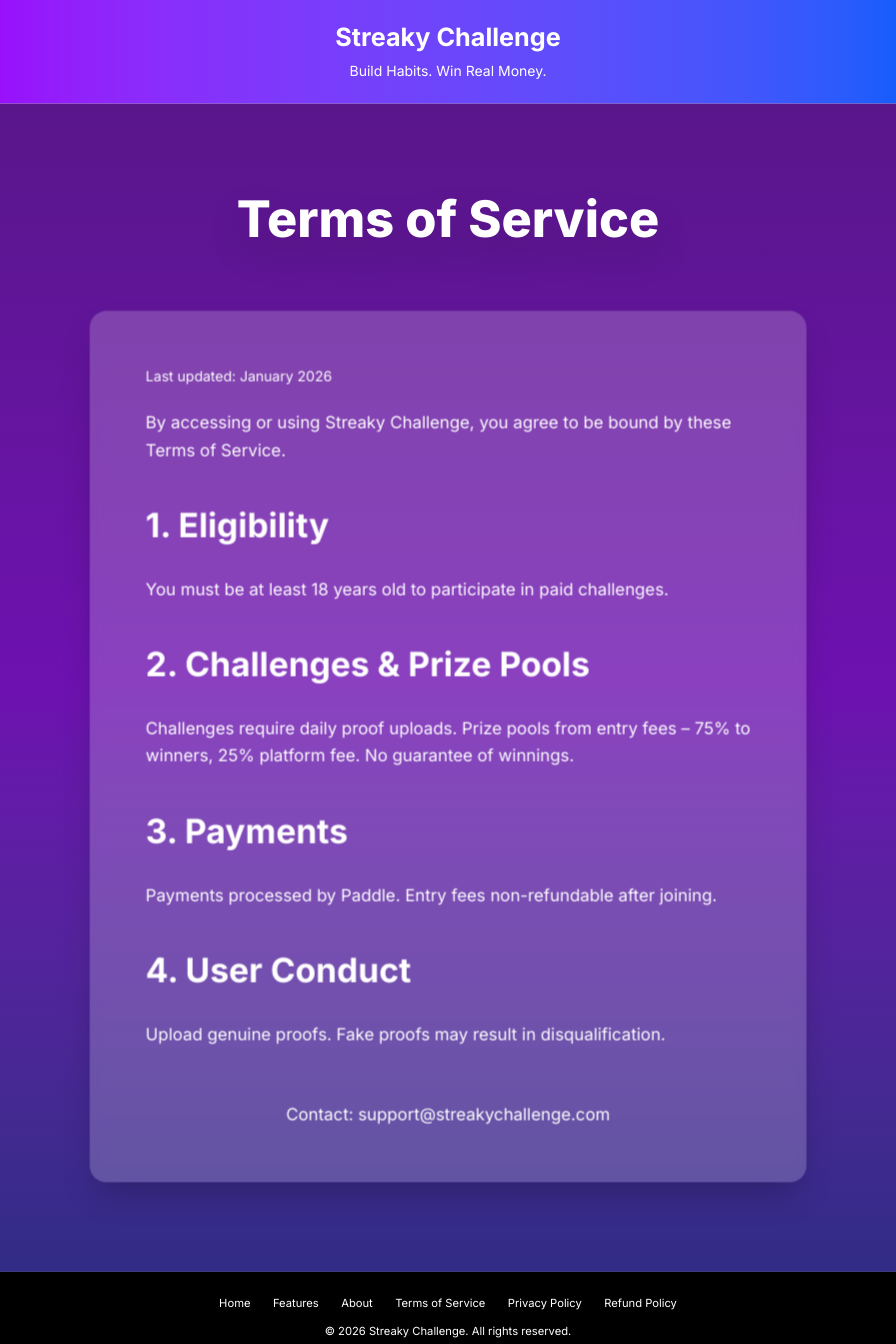
Repository: ZUBEYT/streaky-site
Page: /terms
These files come from the project's save history. The page is drawn as it stood at one moment and after the next save; the edit follows.
The browser window is 1280 px wide. The pictures show the part of the page from y = 0 to 1920 px (the page is 1977 px tall before and 3192 px after), at 70% of full size.
The project was rebuilt for these pictures with package versions that can differ from the ones it lists, and the page was loaded fresh each time. The framework's server and built-in components were replaced by stand-ins that run in the browser. Also part of the build but not shown: next.config.ts.

Above is the page before, as saved 2026-01-21 22:49:33.

After the next save:
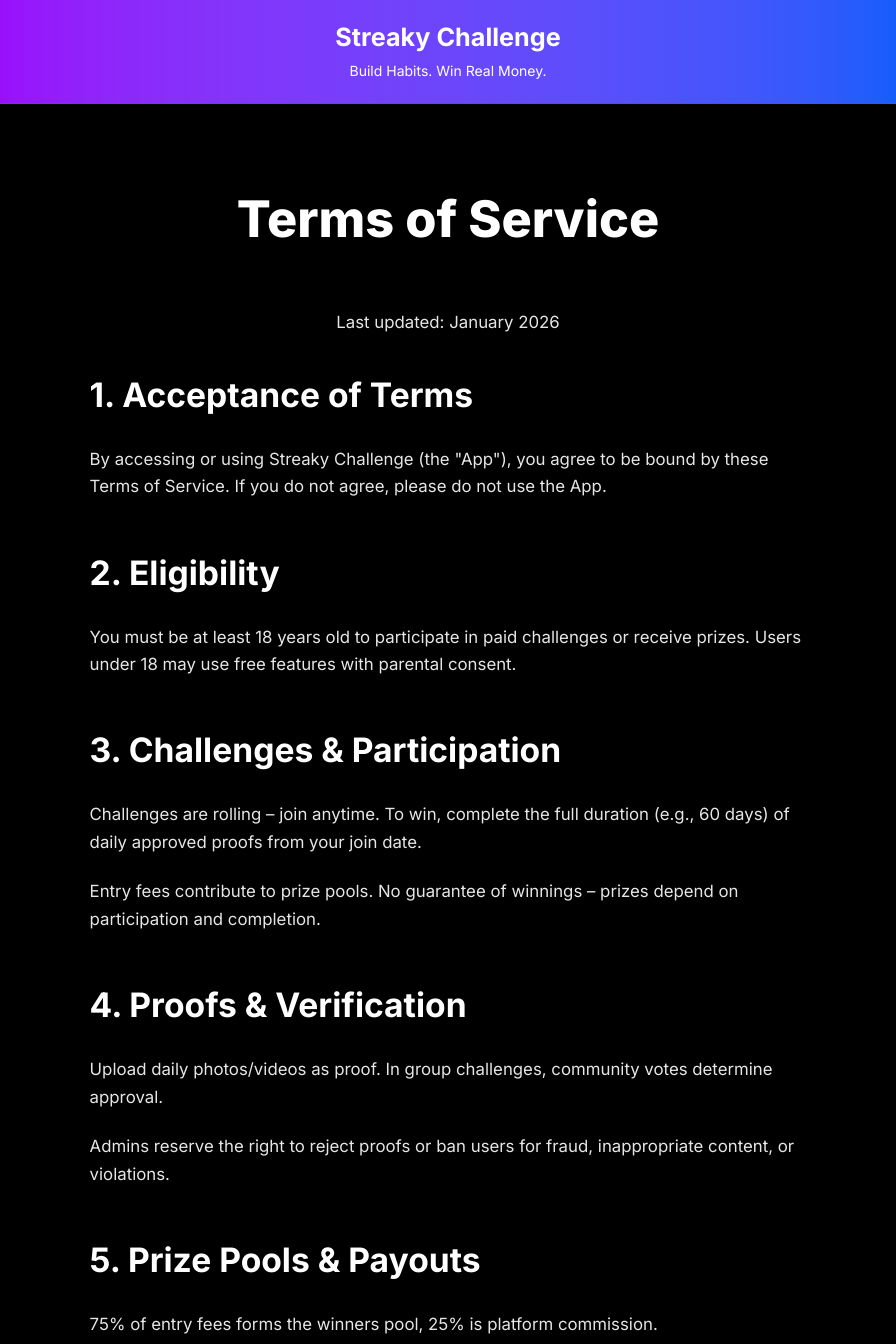
Saved 21 min 17 s later.
--- a/src/app/terms/page.tsx
+++ b/src/app/terms/page.tsx
@@ -1,37 +1,79 @@
+// src/app/terms/page.tsx (Terms of Service – Duolingo Benzeri Detaylı, Dark Mode)
 export default function Terms() {
     return (
-        <div className="min-h-screen bg-gradient-to-b from-purple-900 via-purple-800 to-indigo-900 text-white py-32 px-8">
+        <div className="min-h-screen bg-black text-white py-32 px-8">
             <div className="max-w-5xl mx-auto">
                 <h1 className="text-7xl font-extrabold text-center mb-24 drop-shadow-2xl">Terms of Service</h1>
+                <p className="text-2xl text-center mb-16 opacity-90">Last updated: January 2026</p>
 
-                <div className="bg-white/20 p-20 rounded-3xl backdrop-blur shadow-2xl">
-                    <p className="text-xl mb-8">Last updated: January 2026</p>
-                    <p className="text-2xl leading-relaxed mb-16">
-                        By accessing or using Streaky Challenge, you agree to be bound by these Terms of Service.
-                    </p>
+                <div className="space-y-20">
+                    <section>
+                        <h2 className="text-5xl font-bold mb-12">1. Acceptance of Terms</h2>
+                        <p className="text-2xl leading-relaxed opacity-90">
+                            By accessing or using Streaky Challenge (the "App"), you agree to be bound by these Terms of Service. If you do not agree, please do not use the App.
+                        </p>
+                    </section>
 
-                    <h2 className="text-5xl font-bold mb-12">1. Eligibility</h2>
-                    <p className="text-2xl leading-relaxed mb-16">
-                        You must be at least 18 years old to participate in paid challenges.
-                    </p>
+                    <section>
+                        <h2 className="text-5xl font-bold mb-12">2. Eligibility</h2>
+                        <p className="text-2xl leading-relaxed opacity-90">
+                            You must be at least 18 years old to participate in paid challenges or receive prizes. Users under 18 may use free features with parental consent.
+                        </p>
+                    </section>
 
-                    <h2 className="text-5xl font-bold mb-12">2. Challenges & Prize Pools</h2>
-                    <p className="text-2xl leading-relaxed mb-16">
-                        Challenges require daily proof uploads. Prize pools from entry fees – 75% to winners, 25% platform fee. No guarantee of winnings.
-                    </p>
+                    <section>
+                        <h2 className="text-5xl font-bold mb-12">3. Challenges & Participation</h2>
+                        <p className="text-2xl leading-relaxed opacity-90 mb-8">
+                            Challenges are rolling – join anytime. To win, complete the full duration (e.g., 60 days) of daily approved proofs from your join date.
+                        </p>
+                        <p className="text-2xl leading-relaxed opacity-90">
+                            Entry fees contribute to prize pools. No guarantee of winnings – prizes depend on participation and completion.
+                        </p>
+                    </section>
 
-                    <h2 className="text-5xl font-bold mb-12">3. Payments</h2>
-                    <p className="text-2xl leading-relaxed mb-16">
-                        Payments processed by Paddle. Entry fees non-refundable after joining.
-                    </p>
+                    <section>
+                        <h2 className="text-5xl font-bold mb-12">4. Proofs & Verification</h2>
+                        <p className="text-2xl leading-relaxed opacity-90 mb-8">
+                            Upload daily photos/videos as proof. In group challenges, community votes determine approval.
+                        </p>
+                        <p className="text-2xl leading-relaxed opacity-90">
+                            Admins reserve the right to reject proofs or ban users for fraud, inappropriate content, or violations.
+                        </p>
+                    </section>
 
-                    <h2 className="text-5xl font-bold mb-12">4. User Conduct</h2>
-                    <p className="text-2xl leading-relaxed mb-16">
-                        Upload genuine proofs. Fake proofs may result in disqualification.
-                    </p>
+                    <section>
+                        <h2 className="text-5xl font-bold mb-12">5. Prize Pools & Payouts</h2>
+                        <p className="text-2xl leading-relaxed opacity-90 mb-8">
+                            75% of entry fees forms the winners pool, 25% is platform commission.
+                        </p>
+                        <p className="text-2xl leading-relaxed opacity-90">
+                            Prizes distributed to streak completers. Payouts processed securely via our payment partner.
+                        </p>
+                    </section>
 
-                    <p className="text-2xl text-center mt-20">Contact: support@streakychallenge.com</p>
+                    <section>
+                        <h2 className="text-5xl font-bold mb-12">6. Refunds & Cancellations</h2>
+                        <p className="text-2xl leading-relaxed opacity-90">
+                            No refunds after joining a paid challenge (fee committed to prize pool). See Refund Policy for details.
+                        </p>
+                    </section>
+
+                    <section>
+                        <h2 className="text-5xl font-bold mb-12">7. User Conduct</h2>
+                        <p className="text-2xl leading-relaxed opacity-90">
+                            No cheating, harassment, or inappropriate proofs. Violations may result in ban and prize forfeiture.
+                        </p>
+                    </section>
+
+                    <section>
+                        <h2 className="text-5xl font-bold mb-12">8. Changes to Terms</h2>
+                        <p className="text-2xl leading-relaxed opacity-90">
+                            We may update these terms. Continued use constitutes acceptance.
+                        </p>
+                    </section>
                 </div>
+
+                <p className="text-center text-2xl mt-32 opacity-80">Contact: support@streakychallenge.com for questions.</p>
             </div>
         </div>
     );
